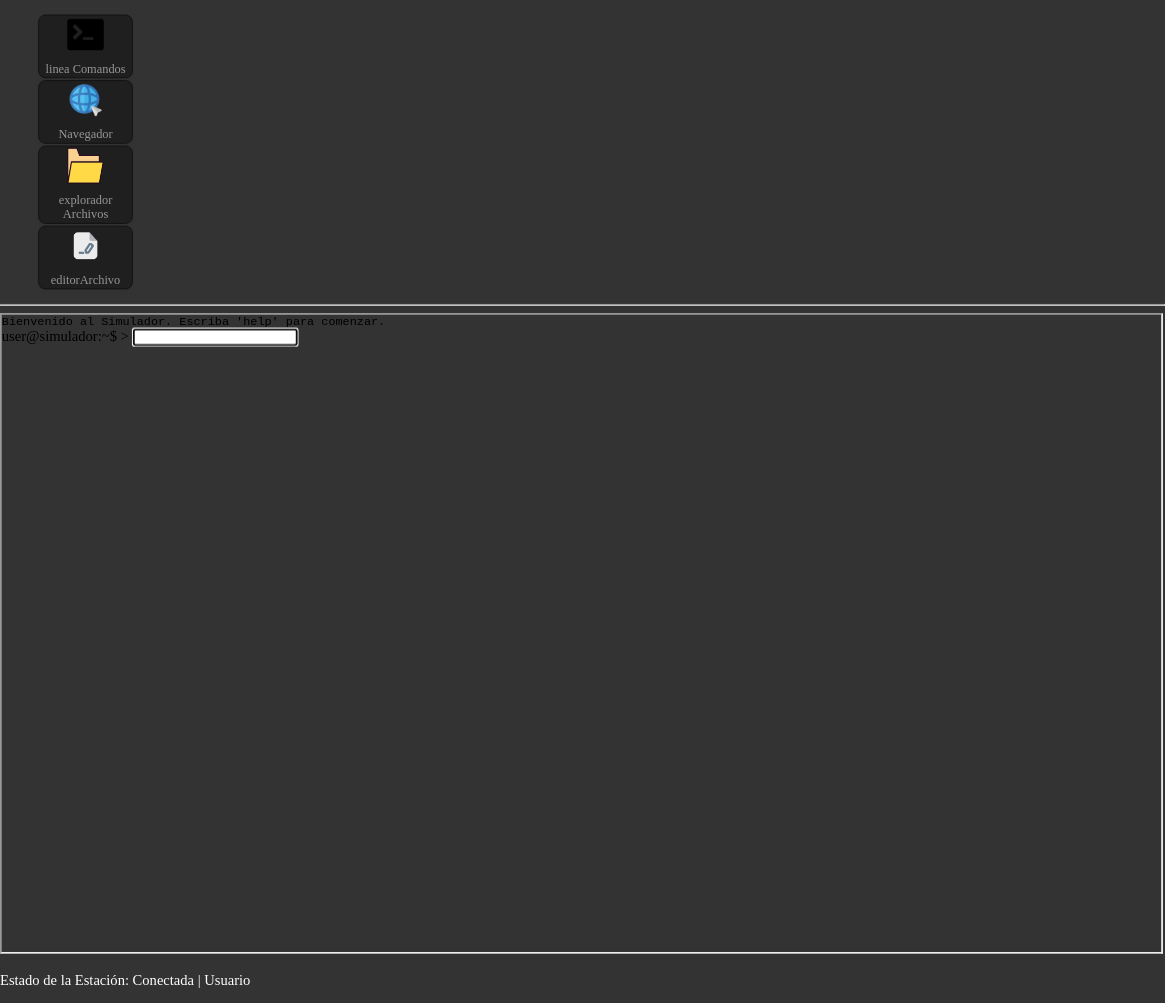
Repository: ValdezGalia/ProgramacionWebUcab
Page: lan-01.html
The author's editor kept a copy of each file at every save. The page is drawn from the files as they stood at one save, then again after the next save.
The browser window is 1280 px wide. The pictures show the whole page, at 91% of full size.

Above is the page before, as saved 2025-11-13 16:43:26.

### lan-01.html
<!DOCTYPE html>
<html lang="es">

<head>
    <meta charset="UTF-8">
    <meta name="viewport" content="width=device-width, initial-scale=1.0">
    <meta name="author" content="Orlando Valdez / Jenry Youssef / Oscar Torres">
    <link rel="stylesheet" href="/style/lan-01.css">
    <title>NetOps Workstation: Estación de Trabajo</title>
</head>

<body>
    <main id="workstation-container">

        <nav id="app-navigation" aria-label="Aplicaciones de la estación de trabajo">
            <ul id="app-list">
                <li><a href="#" data-tool="lineaComandos"><img src="assets/img/terminal.png" class="app-icon" alt="lineaComandos"><span>linea Comandos</span></a></li>
                <li><a href="#" data-tool="navegador"><img src="assets/img/navweb.png" class="app-icon" alt="Navegador"><span>Navegador</span></a></li>
                <li><a href="#" data-tool="exploradorArchivos"><img src="assets/img/exploarch.png" class="app-icon" alt="exploradorArchivos"><span>explorador Archivos</span></a></li>
                <li><a href="#" data-tool="editorArchivo"><img src="assets/img/editArchivo.png" class="app-icon" alt="editorArchivo"><span>editorArchivo</span></a></li>
            </ul>
        </nav>

        <hr>
        <!-- Contenedor de herramientas de forma dinamica y sostenible -->
        <section id="application-display">
            <iframe id="tool-iframe" src="pages/lineaComandos.html" sandbox="allow-scripts allow-same-origin"
                title="Aplicación interactiva" width="99.5%" height="700px"></iframe>
        </section>

    </main>

    <footer aria-label="Estado y Diagnóstico">
        <p>Estado de la Estación: Conectada | <span class="user">Usuario</span></p>
    </footer>

    <script>
        document.addEventListener('DOMContentLoaded', () => {
            const iframe = document.getElementById('tool-iframe');
            const navLinks = document.querySelectorAll('#app-list a');

            navLinks.forEach(link => {
                link.addEventListener('click', (event) => {
                    debugger
                    event.preventDefault();

                    const toolName = event.target.dataset.tool;
                    const newSrc = `pages/${toolName}.html`;

                    iframe.src = newSrc;

                    /*Esto aun no hace nada ya que aun no se implementa la logica que distige la clase active*/
                    navLinks.forEach(navLink => navLink.classList.remove('active'));
                    event.target.classList.add('active');
                });
            });
        });
    </script>

</body>

</html>

### style/lan-01.css
html, body{
    padding: 0;
    margin: 0;
    background-color: #333;
    color: white
}

nav ul li{
    list-style: none;
}

nav ul li a {
    display: flex;
    flex-direction: column;
    justify-content: center;
    align-items: center;
    text-decoration: none;
    color: #979797;
    background-color: #1f1f1f;
    padding: 1px;
    margin: 2px;
    border: 1px solid #111111;
    border-radius: 8px;
    box-shadow: 0 2px 4px rgba(0, 0, 0, 0.05);
    transition: all 0.2s ease;
    width: 100px;
    text-align: center;
}

nav ul li a .app-icon {
    width: 40px;
    height: 40px;
    margin-bottom: 5px;
    border: none;
}

nav ul li a span {
    font-size: 0.85em;
    font-weight: 500;
    margin-top: 5px;
    color: #979797;
}

nav ul li a:hover {
    background-color: #e0e0e0;
    border-color: #a0a0a0;
    box-shadow: 0 4px 8px rgba(0, 0, 0, 0.1);
    transform: scale(1.02);
}

### pages/lineaComandos.html
<!DOCTYPE html>
<html lang="es">
<head>
    <meta charset="UTF-8">
    <meta name="viewport" content="width=device-width, initial-scale=1.0">
    <meta name="description" content="Un linea de comandos (CLI) basada en diseño de la de linux">
    <link rel="stylesheet" href="/style/commandline.css">
    <title>Linea de comandos</title>
</head>
<body>
    <div id="terminal-window">
        <pre id="terminal-output">Bienvenido al Simulador. Escriba 'help' para comenzar.</pre>

        <div id="command-line">
            <span id="prompt">user@simulador:~$ > </span>
            <input type="text" id="command-input" autofocus>
        </div>
    </div>
</body>
</html>

### style/commandline.css
* {
    margin: 0px;
    padding: 0px;
}

html, body{
    margin: 0;
    padding: 0;
    width: 100%;
    height: 100%;
    overflow: hidden;
    background-color: #333;
}

textarea{
    display: block;
    display: block;
    width: 100%;
    height: 100%;
    box-sizing: border-box;
    border: none;
    outline: none;
    resize: none;
    font-family: monospace;
    padding: 10px;
    background-color: #2036;
    color: white;
}

After the next save:
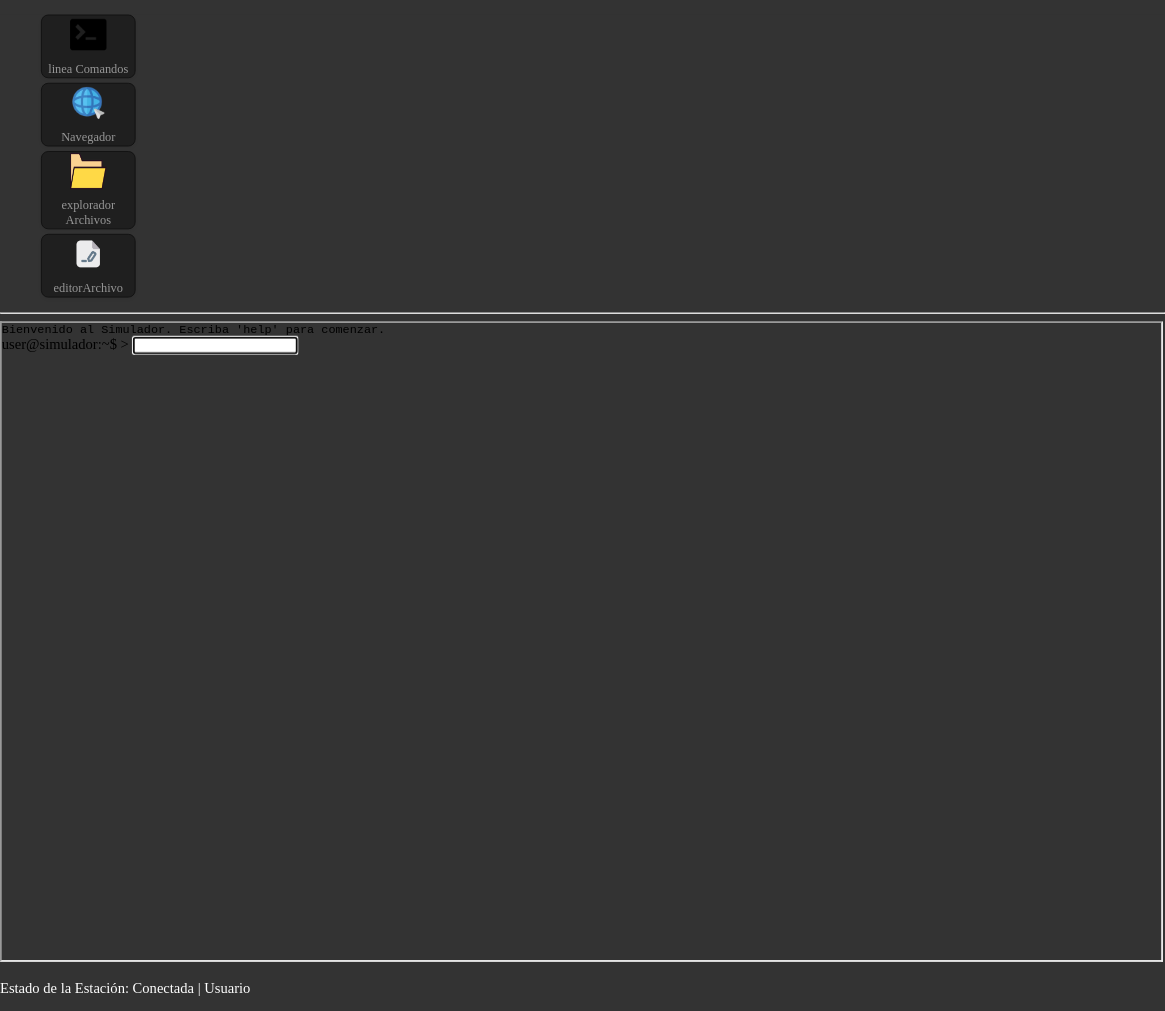
Saved 4 s later.
--- a/style/lan-01.css
+++ b/style/lan-01.css
@@ -18,7 +18,7 @@ nav ul li a {
     color: #979797;
     background-color: #1f1f1f;
     padding: 1px;
-    margin: 2px;
+    margin: 5px;
     border: 1px solid #111111;
     border-radius: 8px;
     box-shadow: 0 2px 4px rgba(0, 0, 0, 0.05);
